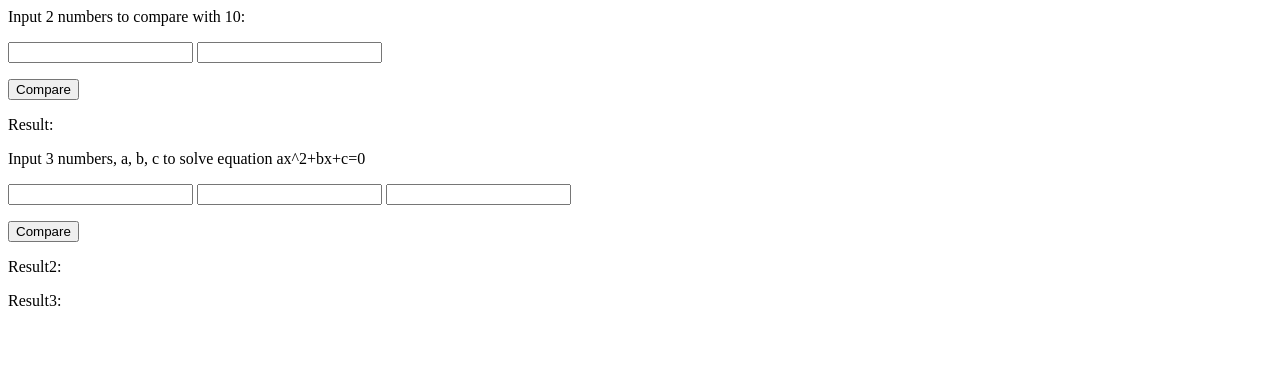
Repository: Hok1988/HomeWork
Page: HomeWork4/Massive/war/index.html
An editor plug-in stored every save of this project. The page is shown before and after the next save, followed by the edit.
The browser window is 1280 px wide. The pictures show the whole page.
The page's requests for data from a server got no answer.

Above is the page before, as saved 2016-05-27 19:15:38.

After the next save:
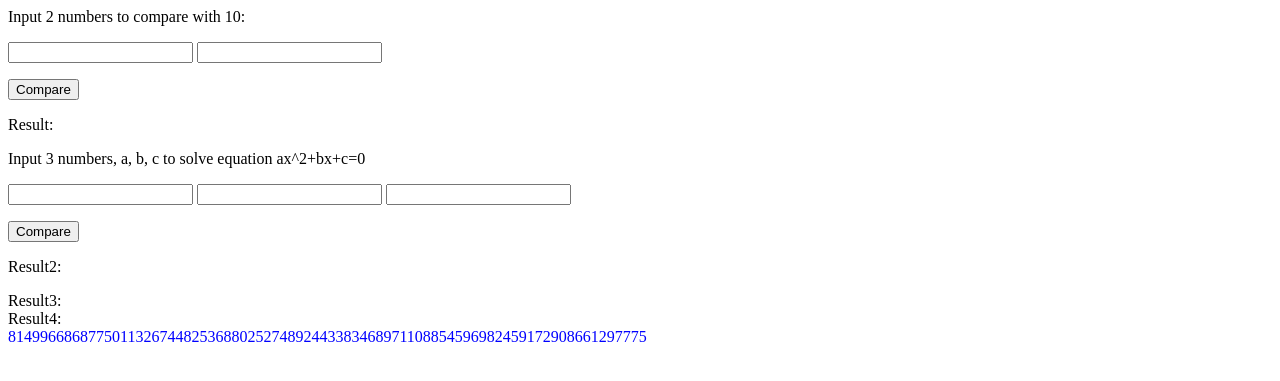
Saved 2 min 13 s later.
--- a/HomeWork4/Massive/war/index.html
+++ b/HomeWork4/Massive/war/index.html
@@ -56,5 +56,8 @@
 
  Result3:
 <div style="color:blue" id="result3"></div>
+ Result4:
+<div style="color:blue" id="result4"><table><td><tr>81</tr><tr>49</tr><tr>96</tr><tr>68</tr><tr>68</tr><tr>77</tr><tr>50</tr><tr>11</tr></td><td><tr>32</tr><tr>67</tr><tr>44</tr><tr>82</tr><tr>53</tr><tr>68</tr><tr>80</tr><tr>25</tr></td><td><tr>27</tr><tr>48</tr><tr>92</tr><tr>44</tr><tr>33</tr><tr>83</tr><tr>46</tr><tr>89</tr></td><td><tr>71</tr><tr>10</tr><tr>88</tr><tr>54</tr><tr>59</tr><tr>69</tr><tr>82</tr><tr>45</tr></td><td><tr>91</tr><tr>72</tr><tr>90</tr><tr>86</tr><tr>61</tr><tr>29</tr><tr>77</tr><tr>75</tr></td></table>
+</div>
  </body>
 </html>

After the save that followed:
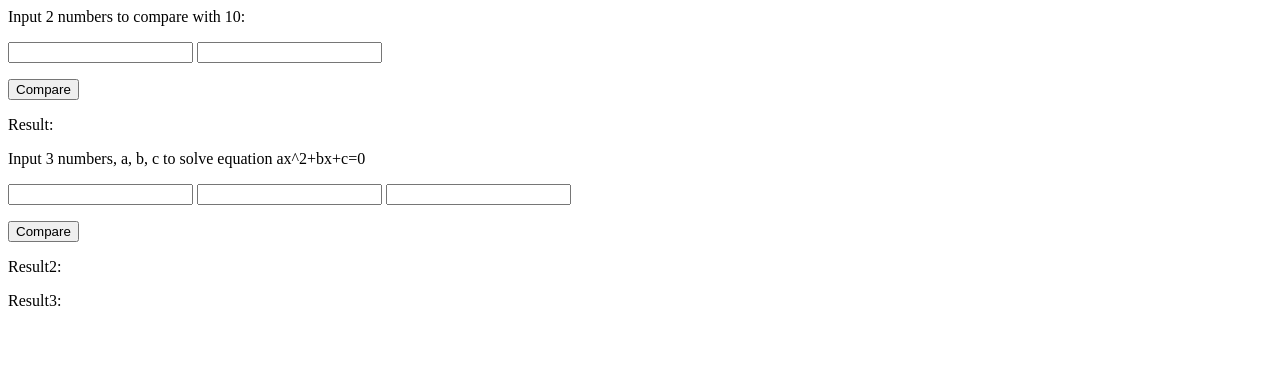
Saved 49 s later.
--- a/HomeWork4/Massive/war/index.html
+++ b/HomeWork4/Massive/war/index.html
@@ -56,8 +56,5 @@
 
  Result3:
 <div style="color:blue" id="result3"></div>
- Result4:
-<div style="color:blue" id="result4"><table><td><tr>81</tr><tr>49</tr><tr>96</tr><tr>68</tr><tr>68</tr><tr>77</tr><tr>50</tr><tr>11</tr></td><td><tr>32</tr><tr>67</tr><tr>44</tr><tr>82</tr><tr>53</tr><tr>68</tr><tr>80</tr><tr>25</tr></td><td><tr>27</tr><tr>48</tr><tr>92</tr><tr>44</tr><tr>33</tr><tr>83</tr><tr>46</tr><tr>89</tr></td><td><tr>71</tr><tr>10</tr><tr>88</tr><tr>54</tr><tr>59</tr><tr>69</tr><tr>82</tr><tr>45</tr></td><td><tr>91</tr><tr>72</tr><tr>90</tr><tr>86</tr><tr>61</tr><tr>29</tr><tr>77</tr><tr>75</tr></td></table>
-</div>
  </body>
 </html>
